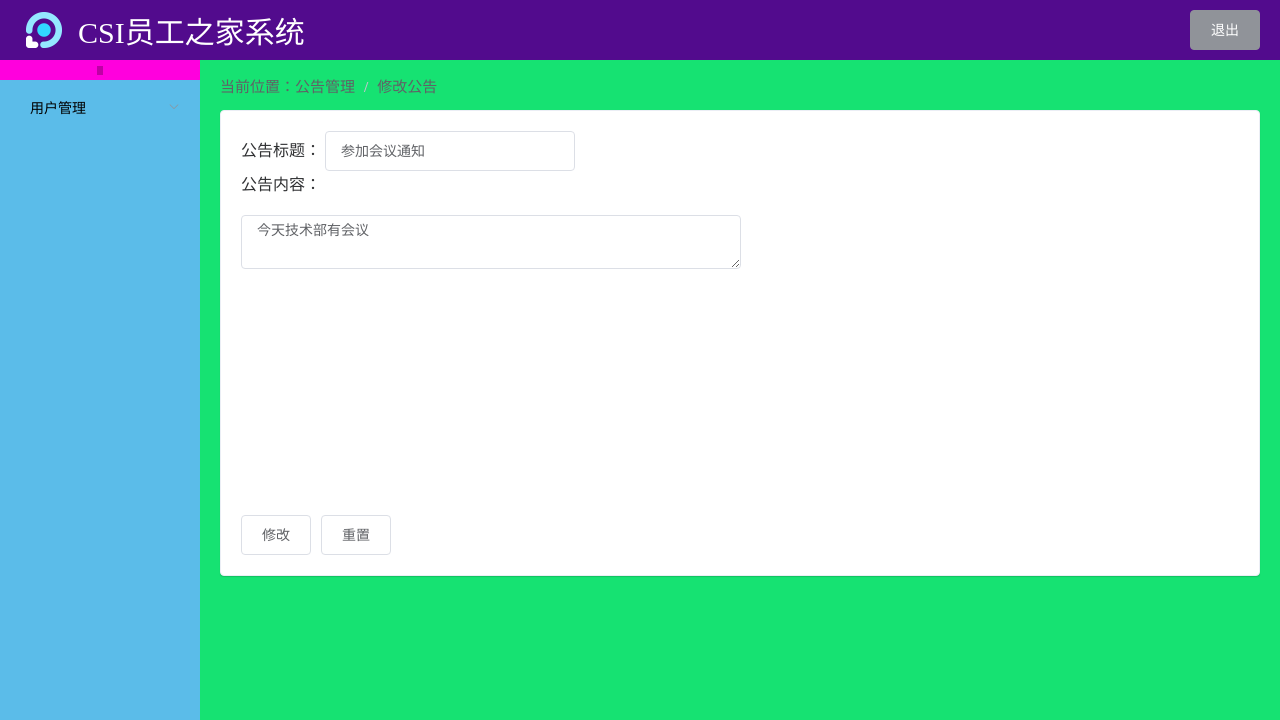
Repository: YUNjwyao/vue_hrm
Page: /#/updateNotice
An editor plug-in stored every save of this project. The page is shown before and after the next save, followed by the edit.
The browser window is 1280 px wide. The pictures show the whole page.
The project was rebuilt for these pictures with package versions that can differ from the ones it lists, and the page was loaded fresh each time. Also part of the build but not shown: src/components/Login.vue, src/components/Face/Face.vue, src/components/Employee/EmployeeQuery.vue, src/components/Employee/ShowAddEmployee.vue, src/components/Employee/ShowUpdateEmployee.vue, src/components/Notice/Notice.vue, src/components/Notice/ShowAddNotice.vue, src/components/Document/Document.vue and 2 more.

Above is the page before, as saved 2020-10-16 10:01:16.

### src/main.js
import Vue from 'vue'
import App from './App.vue'
import router from './router'
import store from './store'
import './plugins/element.js'
import './assets/css/global.css'

import axios from 'axios'
// 配置请求的根路径
axios.defaults.baseURL = 'http://127.0.0.1:8888/api/private/v1/'
// 通过axios 请求拦截器添加token,保证拥有获取数据的权限
axios.interceptors.request.use (config => {
  //为请求头对象，添加Token验证的Authorization字段
  config.headers.Authorization = window.sessionStorage.getItem('token')
  return config
})
Vue.prototype.$http = axios

Vue.config.productionTip = false

new Vue({
  router,
  store,
  render: h => h(App)
}).$mount('#app')

### src/App.vue
<template>
  <div id="app">
     <!-- 路由占位符 -->
     <router-view></router-view>
  </div>
</template>

<script>

export default {

}
</script>

<style lang="less" scoped>

</style>

### src/router/index.js
import Vue from "vue";
import VueRouter from "vue-router";
import Login from "../components/Login.vue"
import Face from "../components/Face/Face.vue"
import Home from "../components/Home.vue"

import EmployeeQuery from "../components/Employee/EmployeeQuery.vue";
import ShowAddEmployee from "../components/Employee/ShowAddEmployee.vue";
import ShowUpdateEmployee from "../components/Employee/ShowUpdateEmployee.vue";
import Notice from "../components/Notice/Notice.vue";
import UpdateNotice from "../components/Notice/ShowUpdateNotice.vue";
import AddNotice from "../components/Notice/ShowAddNotice.vue";
import Document from "../components/Document/Document.vue";
import UpdateDocument from "../components/Document/ShowUpdateDocument.vue";
import AddDocument from "../components/Document/ShowAddDocument.vue";

Vue.use(VueRouter);

const routes = [
  { path: "/", redirect: "/login" },
  {
    path: '/login',component: Login
  },
  {
    path: '/home',
    component: Home,
    children: [
  {
    path: '/face',component: Face
  },
  {
    path: "/employee",
    component: EmployeeQuery,
  },
  {
    path: "/addEmployee",
    component: ShowAddEmployee,
  },
  {
    path: "/updateEmployee",
    component: ShowUpdateEmployee,
  },
  {
    path: "/notice",
    component: Notice,
  },
  {
    path: "/updateNotice",
    component: UpdateNotice,
  },
  {
    path: "/addNotice",
    component: AddNotice,
  },
  {
    path: "/document",
    component: Document,
  },
  {
    path: "/updateDocument",
    component: UpdateDocument,
  },
  {
    path: "/addDocument",
    component: AddDocument,
  }]
  }
];

const router = new VueRouter({
  routes,
});

export default router;

### src/plugins/element.js
import Vue from 'vue'
import {
    Button,
    Breadcrumb,
    BreadcrumbItem,
    Card,
    Select,
    Option,
    Input,
    Row,
    Table,
    TableColumn,
    Pagination,
    Form,
    FormItem,
    Container,
    Header,
    Aside,
    Menu,
    Submenu,
    MenuItem,
    Main
} from 'element-ui'


Vue.use(Button)
Vue.use(Breadcrumb)
Vue.use(BreadcrumbItem)
Vue.use(Card)
Vue.use(Select)
Vue.use(Option)
Vue.use(Input)
Vue.use(Row)
Vue.use(Table)
Vue.use(TableColumn)
Vue.use(Pagination)
Vue.use(Form)
Vue.use(FormItem)
Vue.use(Container)
Vue.use(Header)
Vue.use(Aside)
Vue.use(Menu)
Vue.use(Submenu)
Vue.use(MenuItem)
Vue.use(Main)

### src/assets/css/global.css
/* 全局样式表 */
html,
body,
#app {
    height: 100%;
    margin: 0;
    padding: 0;
}
.el-breadcrumb {
    margin-bottom: 15px;
    font-size: 15px;
}
.el-card {
    box-shadow: 0 1px 1px rgba(0, 0, 0, 0.15) !important;
}
.el-table {
    margin-bottom: 15px;
    font-size: 12px;
    margin-top: 15px;
}
.el-steps {
    margin: 15px 0;
}
.el-step__title {
    font-size: 13px;
}
.el-cascader-panel {
    height: 200px
}
.ql-editor {
    min-height: 300px;
 }

### src/components/Home.vue
<template>
 <!-- 整个页面区域 -->
  <el-container>
      <!-- 页面标题 -->
  <el-header>
      <div>
          <img src="../assets/images/icon.png" alt="">
          <span>CSI员工之家系统</span>
      </div>
      <el-button type="info" @click="logout">退出</el-button>
  </el-header>
  <!-- 页面主体部分 -->
  <el-container>
    <el-aside :width="isCollapse? '64px' : '200px'">
        <div class="collapse" @click="toggleCollapse">|||</div>
        <!-- 侧边栏菜单区域 -->
       <el-menu
      background-color="rgb(91, 188, 233)"
      text-color="#000"
      active-text-color="#409bff"
      :unique-opened="true"
      :collapse="isCollapse"
      :collapse-transition="false"
      router
      :default-active="activePath">
      <!-- 一级菜单 -->
      <el-submenu :index="item.id+''" v-for="item in menulist" :key="item.id">
          <!-- 一级菜单模板区域 -->
        <template slot="title">
            <!-- 图标 -->
          <i :class="iconsObj[item.id]"></i>
             <!-- 文本 -->
          <span>{{ item.authName }}</span>
        </template>
        <!-- 二级菜单 -->
        <el-menu-item
        :index="'/'+subItem.path"
        v-for="subItem in item.children"
        :key='subItem.id'
        @click="savNavState('/'+subItem.path)">
            <template slot="title">
            <!-- 图标 -->
          <i class="el-icon-menu"></i>
             <!-- 文本 -->
          <span>{{ subItem.authName }}</span>
        </template>
        </el-menu-item>
      </el-submenu>
    </el-menu>
    </el-aside>
    <el-main>
        <router-view></router-view>
    </el-main>
  </el-container>
</el-container>

</template>

<script>
export default {
    data () {
        return {
            // 左侧菜单数据
            menulist: [
                {
            "id": 101,
            "authName": "用户管理",
            "path": null,
            "children": [
                {
                    "id": 104,
                    "authName": "用户查询",
                    "path": null,
                    "children": []
                },
                {
                    "id": 104,
                    "authName": "添加用户",
                    "path": null,
                    "children": []
                }
            ]
        }
            ],
            // 自定义字体图标
            iconsObj: {
                '125': 'iconfont icon-user',
                '103': 'iconfont icon-tijikongjian',
                '101': 'iconfont icon-shangpin',
                '102': 'iconfont icon-danju',
                '145': 'iconfont baobiao'
            },
            // 是否折叠
            isCollapse: false,
            // 被激活的链接
            activePath: ''
        }
    },
    created () {
       this.getMenuList();
       this.activePath = window.sessionStorage.getItem('activePath');
    },
    methods: {
        // 自定义方法
        logout () {
            // 清空token
            window.sessionStorage.clear();
            // 编程式导航重定向
            this.$router.push('/login');
        },
       // 点击按钮折叠菜单栏
       toggleCollapse () {
         this.isCollapse = ! this.isCollapse;
       },
       //保存导航链接的激活状态
       savNavState (activePath) {
          window.sessionStorage.setItem('activePath',activePath);
          this.activePath = activePath;
       }
    }
}
</script>

<style lang="less" scoped>
.el-container {
    height: 100%;
}
.el-header {
    background-color: rgb(82, 11, 141);
    display: flex;
    justify-content: space-between;
    align-items: center;
    > div {
        display: flex;
        align-items: center;
        color: #fff;
        font-size: 30px;
        span {
            padding-left: 10px;
        }
    }
}
.el-aside {
    background-color: rgb(91, 188, 233);
    .el-menu {
        border-right: 0;
    }
}
.el-main {
    background-color: rgb(22, 226, 114);
}
.iconfont {
    margin-right: 10px;
}
.collapse {
    height: 20px;
    background-color: rgb(255, 0, 221);
    text-align: center;
    line-height: 20px;
    font-size: 10px;
}
</style>

### src/components/Notice/ShowUpdateNotice.vue
<template>
  <div>
    <!-- 面包屑导航 -->
    <el-breadcrumb separator="/">
      <el-breadcrumb-item>当前位置：公告管理</el-breadcrumb-item>
      <el-breadcrumb-item><a href="/">修改公告</a></el-breadcrumb-item>
    </el-breadcrumb>
    <!-- 卡片区域 -->
    <el-card>
		<el-row>
			<el-col :span="8">
				公告标题：
				<el-input value="参加会议通知"></el-input>
			</el-col>
		</el-row>
		公告内容：
		<el-row>
			<el-col :span="16">
				<el-input class="area" type="textarea" value="今天技术部有会议"></el-input>
			</el-col>
		</el-row>

			<el-button>修改</el-button>
			<el-button>重置</el-button>

	</el-card>
  </div>
</template>

<script>
export default {

}
</script>

<style lang="less" scoped>
.el-input{
	width: 250px;
}
.area{
	margin-top: 20px;
	width: 500px;
	height: 300px;
}
</style>

Loaded but not shown: public/index.html (common file); src/store/index.js (common file)

After the next save:
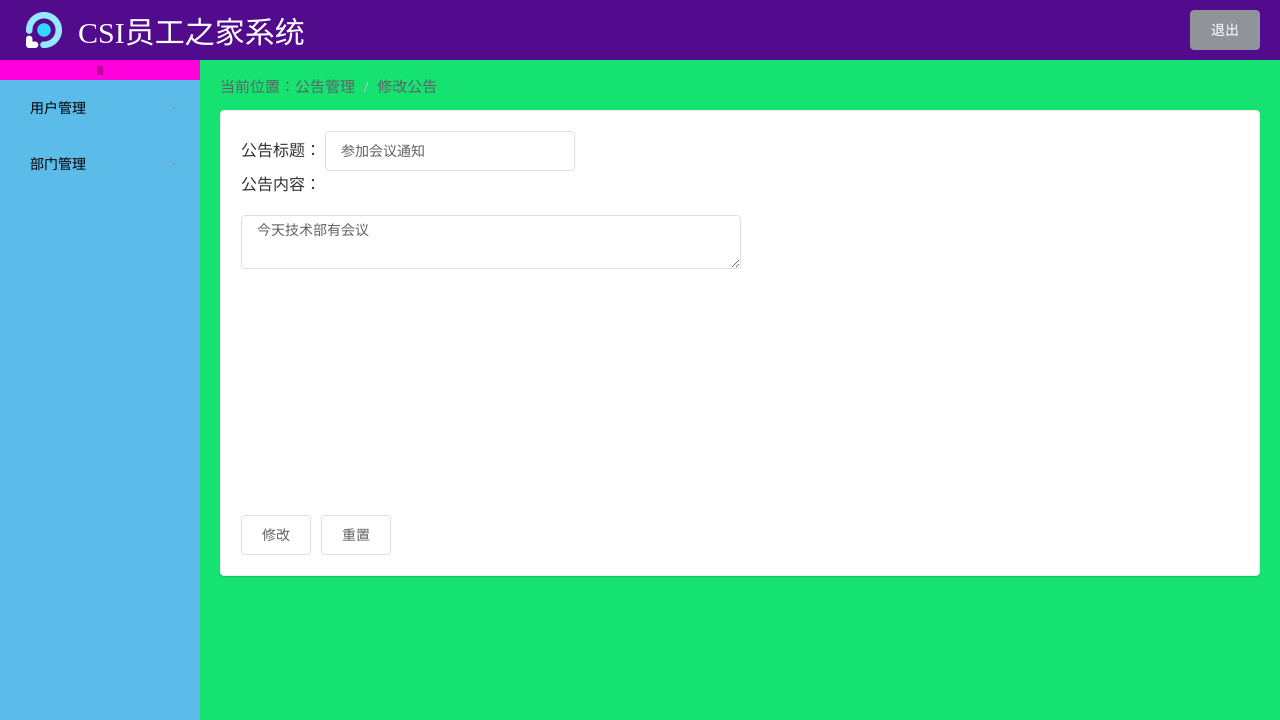
Saved 74 s later.
--- a/src/components/Home.vue
+++ b/src/components/Home.vue
@@ -76,6 +76,25 @@ export default {
                 {
                     "id": 104,
                     "authName": "添加用户",
+                    "path": null,
+                    "children": []
+                }
+            ]
+        },
+         {
+            "id": 101,
+            "authName": "部门管理",
+            "path": null,
+            "children": [
+                {
+                    "id": 104,
+                    "authName": "部门查询",
+                    "path": null,
+                    "children": []
+                },
+                {
+                    "id": 104,
+                    "authName": "添加部门",
                     "path": null,
                     "children": []
                 }
